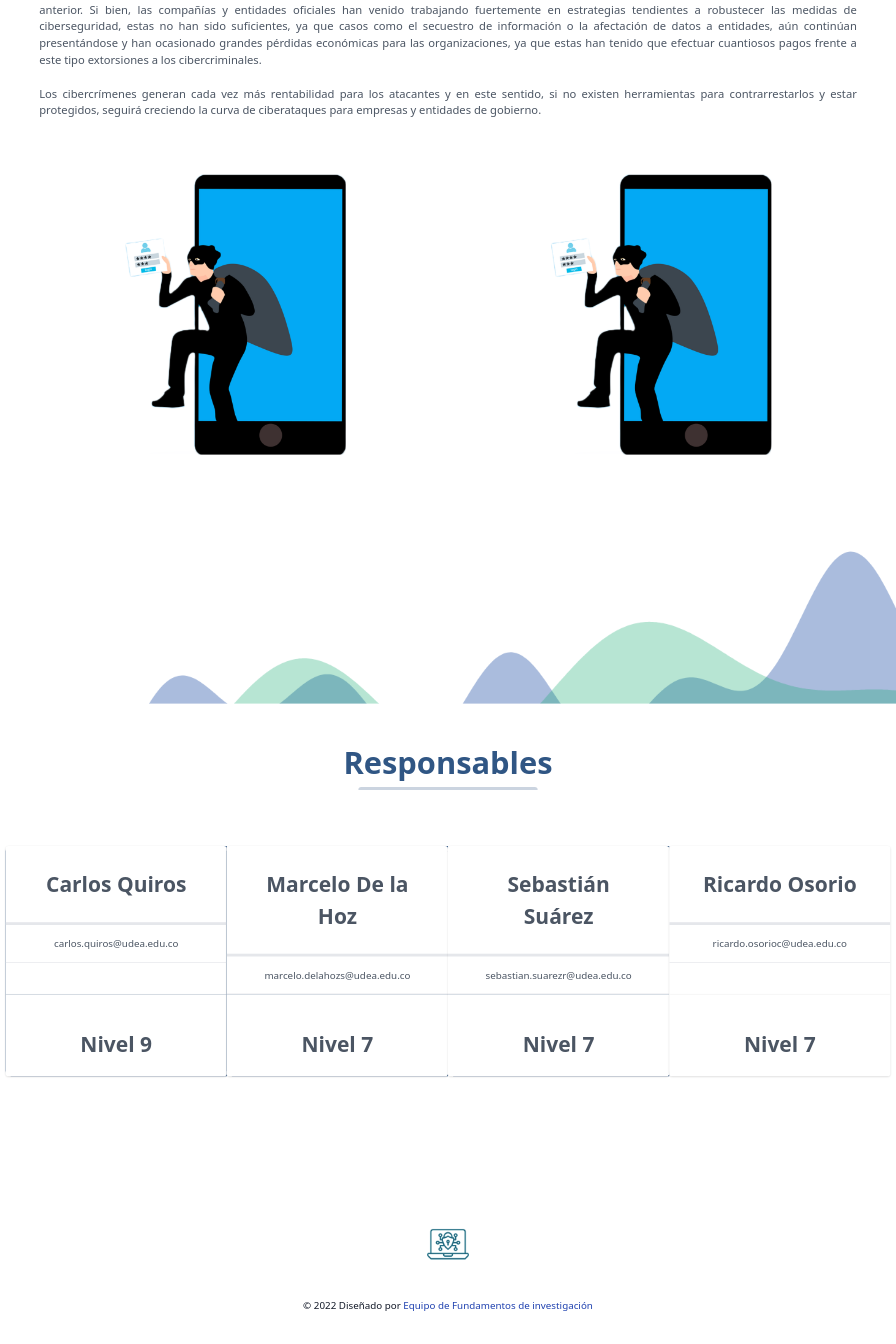
Repository: cardacar/fdi-2022
Page: /
The author's editor kept a copy of each file at every save. The page is drawn from the files as they stood at one save, then again after the next save.
The browser window is 1280 px wide. The pictures show the part of the page from y = 4158 to 6078 px (the page is 6078 px tall before and 6096 px after), at 70% of full size.
The project was rebuilt for these pictures with package versions that can differ from the ones it lists, and the page was loaded fresh each time. The framework's server and built-in components were replaced by stand-ins that run in the browser. Also part of the build but not shown: next.config.js.

Above is the page before, as saved 2022-08-07 16:43:05.

### src/pages/index.tsx
import React from "react";

import About from "../components/About";
import Canvas from "../components/Canvas";
import Features from "../components/Features";
import Header from "../components/Header";
import LazyShow from "../components/LazyShow";
import MainHero from "../components/MainHero";
import MainHeroImage from "../components/MainHeroImage";
import Pricing from "../components/Pricing";
import Product from "../components/Product";
import Necesidad from "../components/Necesidad";
import Problema from "../components/Problema";

const App = () => {
  return (
    <div className={`bg-background grid gap-y-16 overflow-hidden`}>
      <div className={`relative bg-background`}>
        <div className="max-w-7xl mx-auto">
          <div
            className={`relative z-10 pb-8 bg-background sm:pb-16 md:pb-20 lg:max-w-2xl lg:w-full lg:pb-28 xl:pb-32`}
          >
            <Header />
            <MainHero />
          </div>
        </div>
        <MainHeroImage />
      </div>
      <Canvas />
      <LazyShow>
        <>
          <Product />
          <Canvas />
        </>
      </LazyShow>
      <LazyShow>
        <>
          <Features />
        </>
      </LazyShow>
      <LazyShow>
        <>
          <Necesidad />
        </>
      </LazyShow>

      <LazyShow>
        <>
          <Problema />
        </>
      </LazyShow>
      <LazyShow>
        <>
          <Canvas />

          <Pricing />
        </>
      </LazyShow>
      <LazyShow>
        <>
          <About />
        </>
      </LazyShow>
    </div>
  );
};

export default App;

### src/styles/main.css
@tailwind base;
@tailwind components;
@tailwind utilities;


:root {
  --color-primary: #11626D;
  --color-secondary: #1F9BAD;
  --color-tertiaty: #99a0a3;
}

a {
  @apply text-blue-800;
}

a:hover {
  @apply border-b-2 border-blue-900;
}



.content p {
  @apply my-6;
}

.content ul {
  @apply my-6;
}

### src/utils/AppConfig.ts
export const AppConfig = {
  site_name: 'FDICIA',
  title: 'Cómo influye la Inteligencia Artificial a la ciberseguridad en las empresas Colombianas',
  description: '',
  locale: 'es',
};

### src/components/About.tsx
import React from 'react';

import config from '../config/index.json';

const About = () => {
  const { company } = config;
  const { logo, name: companyName } = company;


  return (
    <div
      id="about"
      className="mx-auto container xl:px-20 lg:px-12 sm:px-6 px-4 py-12"
    >
      <div className="flex flex-col items-center justify-center">
        <div>
          <img src={logo} alt={companyName} className="w-16 h-16" style={{color: 'red'}}/>
        </div>
        <div className="flex items-center mt-6">
          <p className="mt-6 text-xs lg:text-sm leading-none text-gray-900 dark:text-gray-50">
            &copy; {new Date().getFullYear()} Diseñado por{' '}
            <a href="#" rel="nofollow">
              Equipo de Fundamentos de investigación
            </a>
          </p>
        </div>
      </div>
    </div>
  );
};
export default About;

### src/components/Canvas.tsx
import { useRef, FC, useEffect, useState } from 'react';

import { CanvasContext } from '../hooks/useCanvas';
import useResponsiveSize from '../hooks/useResponsiveSize';
import Wave from './Wave';

const Canvas: FC = () => {
  const canvasRef = useRef<HTMLCanvasElement>(null);
  const { width } = useResponsiveSize();
  const [context, setContext] = useState<
    CanvasRenderingContext2D | undefined
  >();

  useEffect(() => {
    const ctx = canvasRef?.current?.getContext('2d');
    if (ctx) setContext(ctx);
  }, []);

  return (
    <>
      <CanvasContext.Provider value={{ context }}>
        <canvas id="canvas" ref={canvasRef} width={width} height={220}></canvas>
        <Wave />
      </CanvasContext.Provider>
    </>
  );
};

export default Canvas;

### src/components/Features.tsx
import React from 'react';

import config from '../config/index.json';

const Features = () => {
  const { features } = config;
  const { title, subtitle, description, items: featuresList } = features;
  return (
    <div className={`py-12 bg-background`} id="features">
      <div className="max-w-7xl mx-auto px-4 sm:px-6 lg:px-8">
        <div className="lg:text-center">
          <h2
            className={`text-base text-primary font-semibold tracking-wide uppercase`}
          >
            {title}
          </h2>
          <p className="mt-2 text-3xl leading-8 font-extrabold tracking-tight text-gray-900 sm:text-4xl">
            {subtitle}
          </p>
          <p className="mt-4 max-w-2xl text-xl text-gray-500 lg:mx-auto">
            {description}
          </p>
        </div>

        <div className="mt-10">
          <dl className="space-y-10 md:space-y-0 md:grid md:grid-cols-2 md:gap-x-8 md:gap-y-10">
            {featuresList.map((feature) => (
              <div key={feature.name} className="relative">
                <dt>
                  <div
                    className={`absolute flex items-center justify-center h-12 w-12 rounded-md bg-background text-tertiary border-primary border-4`}
                  >
                    <img
                      className={`inline-block h-6 w-6`}
                      src={feature.icon}
                      alt={feature.name}
                    />
                  </div>
                  <p className="ml-16 text-lg leading-6 font-medium text-gray-900">
                    {feature.name}
                  </p>
                </dt>
                <dd className="mt-2 ml-16 text-base text-gray-500">
                  {feature.description}
                </dd>
              </div>
            ))}
          </dl>
        </div>
      </div>
    </div>
  );
};

export default Features;

### src/components/Header.tsx
import React, { Fragment } from 'react';

import { Popover, Transition } from '@headlessui/react';
import { MenuIcon, XIcon } from '@heroicons/react/outline';
import { Link } from 'react-scroll';

import config from '../config/index.json';

const Menu = () => {
  const { navigation, company } = config;
  const { name: companyName, logo } = company;

  return (
    <>
      <svg
        className={`hidden lg:block absolute right-0 inset-y-0 h-full w-48 text-background transform translate-x-1/2`}
        fill="currentColor"
        viewBox="0 0 100 100"
        preserveAspectRatio="none"
        aria-hidden="true"
      >
        <polygon points="50,0 100,0 50,100 0,100" />
      </svg>

      <Popover>
        <div className="relative pt-6 px-4 sm:px-6 lg:px-8">
          <nav
            className="relative flex items-center justify-between sm:h-10 lg:justify-start"
            aria-label="Global"
          >
            <div className="flex items-center flex-grow flex-shrink-0 lg:flex-grow-0">
              <div className="flex items-center justify-between w-full md:w-auto">
                <a href="#">
                  <span className="sr-only">{companyName}</span>
                  <img alt="logo" className="h-16 w-auto sm:h-16" src={logo} />
                </a>
                <div className="-mr-2 flex items-center md:hidden">
                  <Popover.Button
                    className={`bg-background rounded-md p-2 inline-flex items-center justify-center text-gray-400 hover:text-gray-500 hover:bg-gray-100 focus:outline-none focus:ring-2 focus:ring-inset focus:ring-secondary`}
                  >
                    <span className="sr-only">Open main menu</span>
                    <MenuIcon className="h-6 w-6" aria-hidden="true" />
                  </Popover.Button>
                </div>
              </div>
            </div>
            <div className="hidden md:block md:ml-10 md:pr-4 md:space-x-8">
              {navigation.map((item) => (
                <Link
                  spy={true}
                  active="active"
                  smooth={true}
                  duration={1000}
                  key={item.name}
                  to={item.href}
                  className="font-medium text-gray-500 hover:text-gray-900"
                >
                  {item.name}
                </Link>
              ))}
            </div>
          </nav>
        </div>

        <Transition
          as={Fragment}
          enter="duration-150 ease-out"
          enterFrom="opacity-0 scale-95"
          enterTo="opacity-100 scale-100"
          leave="duration-100 ease-in"
          leaveFrom="opacity-100 scale-100"
          leaveTo="opacity-0 scale-95"
        >
          <Popover.Panel
            focus
            className="absolute z-10 top-0 inset-x-0 p-2 transition transform origin-top-right md:hidden"
          >
            <div
              className={`rounded-lg shadow-md bg-background ring-1 ring-black ring-opacity-5 overflow-hidden`}
            >
              <div className="px-5 pt-4 flex items-center justify-between">
                <div>
                  <img className="h-8 w-auto" src={logo} alt="" />
                </div>
                <div className="-mr-2">
                  <Popover.Button
                    className={`bg-background rounded-md p-2 inline-flex items-center justify-center text-gray-400 hover:text-gray-500 hover:bg-gray-100 focus:outline-none focus:ring-2 focus:ring-inset focus:ring-secondary`}
                  >
                    <span className="sr-only">Close main menu</span>
                    <XIcon className="h-6 w-6" aria-hidden="true" />
                  </Popover.Button>
                </div>
              </div>
              <div className="px-2 pt-2 pb-3 space-y-1">
                {navigation.map((item) => (
                  <Link
                    spy={true}
                    active="active"
                    smooth={true}
                    duration={1000}
                    key={item.name}
                    to={item.href}
                    className="block px-3 py-2 rounded-md text-base font-medium text-gray-700 hover:text-gray-900 hover:bg-gray-50"
                  >
                    {item.name}
                  </Link>
                ))}
              </div>

            </div>
          </Popover.Panel>
        </Transition>
      </Popover>
    </>
  );
};

export default Menu;

### src/components/LazyShow.tsx
import React, { MutableRefObject, useEffect, useRef, useState } from 'react';

import { motion, useAnimation } from 'framer-motion';

function useOnScreen(
  ref: MutableRefObject<HTMLDivElement | null>,
  rootMargin = '0px'
) {
  const [isIntersecting, setIntersecting] = useState(false);

  useEffect(() => {
    let currentRef: any = null;
    const observer = new IntersectionObserver(
      ([entry]) => {
        if (entry?.isIntersecting) setIntersecting(entry?.isIntersecting);
      },
      {
        rootMargin,
      }
    );
    if (ref && ref?.current) {
      currentRef = ref.current;
      observer.observe(currentRef);
    }
    return () => {
      observer.unobserve(currentRef);
    };
  }, [ref, rootMargin]); // Empty array ensures that effect is only run on mount and unmount

  return isIntersecting;
}

const LazyShow = ({ children }: { children: React.ReactChild }) => {
  const controls = useAnimation();
  const rootRef = useRef<HTMLDivElement>(null);
  const onScreen = useOnScreen(rootRef);
  useEffect(() => {
    if (onScreen) {
      controls.start({
        x: 0,
        opacity: 1,
        transition: {
          duration: 0.5,
          ease: 'easeOut',
        },
      });
    }
  }, [onScreen, controls]);
  return (
    <motion.div
      className="lazy-div"
      ref={rootRef}
      initial={{ opacity: 0, x: -50 }}
      animate={controls}
    >
      {children}
    </motion.div>
  );
};

export default LazyShow;

### src/components/MainHero.tsx
import React from 'react';

import config from '../config/index.json';

const MainHero = () => {
  const { mainHero } = config;
  return (
    <main className="mt-10 mx-auto max-w-7xl px-4 sm:mt-12 sm:px-6 md:mt-16 lg:mt-20 lg:px-8 xl:mt-28">
      <div className="sm:text-center lg:text-left">
        <h1 className="text-4xl tracking-tight font-extrabold text-gray-900 sm:text-5xl md:text-6xl">
          <span className="block xl:inline">{mainHero.title}</span>{' '}
          <span className={`block text-primary xl:inline`}>
            {mainHero.subtitle}
          </span>
        </h1>
        <p className="mt-3 text-base text-gray-500 sm:mt-5 sm:text-lg sm:max-w-xl sm:mx-auto md:mt-5 md:text-xl lg:mx-0">
          {mainHero.description}
        </p>
      </div>
    </main>
  );
};

export default MainHero;

### src/components/Product.tsx
import React from "react";

import config from "../config/index.json";
import Divider from "./Divider";

const Product = () => {
  const { product } = config;
  const [firstItem, secondItem] = product.items;

  return (
    <section className={`bg-background py-8`} id="product">
      <div className={`container max-w-5xl mx-auto m-8`}>
        <h1
          className={`w-full my-2 text-5xl font-bold leading-tight text-center text-primary`}
        >
          {product.title.split(" ").map((word, index) => (
            <span
              key={index}
              className={index % 2 ? "text-primary" : "text-border"}
            >
              {word}{" "}
            </span>
          ))}
        </h1>
        <Divider />
        <div className={`flex flex-wrap`}>
          <div className={`w-5/6 sm:w-1/2 p-6 mt-20`}>
            <h3
              className={`text-3xl text-gray-800 font-bold leading-none mb-3`}
            >
              {firstItem?.title}
            </h3>
            <p className={`text-gray-600`}>{firstItem?.description}</p>
          </div>
          <div className={`w-full sm:w-1/2 p-6`}>
            <img
              className="h-6/6"
              src={firstItem?.img}
              alt={firstItem?.title}
            />
          </div>
        </div>
        <div className={`flex flex-wrap flex-col-reverse sm:flex-row`}>
          <div className={`w-full sm:w-1/2 p-6`}>
            <img
              className="h-6/6"
              src={secondItem?.img}
              alt={secondItem?.title}
            />
          </div>
          <div className={`w-full sm:w-1/2 p-6 mt-20`}>
            <div className={`align-middle`}>
              <h3
                className={`text-3xl text-gray-800 font-bold leading-none mb-3`}
              >
                {secondItem?.title}
              </h3>
              <p className={`text-gray-600 mb-8`}>{secondItem?.description}</p>
            </div>
          </div>
          <div className={`w-full p-6 mt-20 text-center`}>
            <div className={`align-middle`}>
              <h3
                className={`text-3xl text-gray-800 font-bold leading-none mb-3`}
              >
              </h3>
              <p className={`text-gray-600 mb-8 text-justify`}>
                Con el incremento en la cantidad de información que se maneja en
                la red en especial a nivel empresarial, se ve la necesidad de
                gestionar y controlar la seguridad de toda esta, velando por la
                automatización de muchos de estos procesos, para asi no agobiar
                y mantener al personal concentrado en los casos mas importante.
                Aqui es donde entra la inteligencia artificial,siendo una
                herramienta que permite la constante actualización de su uso,
                permite asumir una gran cantidad de tareas a la hora de mantener
                la seguridad de la información.<br></br><br></br> En cuanto a generar las fallas
                de seguridad, las mismas características que hacen a las IA una
                de las mejores herramientas para proteger información, las
                vuelven a su vez las más óptimas para penetrar en los sistemas
                de seguridad, además de que estas tienen una ventaja, la cual es
                que tú como defensor no puedes fallar nunca, pero como atacante
                no importa cuantas veces falles, dado que con solo una victoria,
                es la derrota total para la seguridad del sistema. Al ser las IA
                capaz de evolucionar con cada intento, las que tendrían más
                capacidad de desarrollo a lo largo del tiempo será la del
                atacante.
              </p>
            </div>
          </div>
        </div>
      </div>
    </section>
  );
};

export default Product;

### src/components/Necesidad.tsx
import React from 'react';

import config from '../config/index.json';

const Necesidad = () => {
  const { Necesidad } = config;
  const { title, subtitle, description, items: featuresList } = Necesidad;
  return (
    <div className={`py-12 bg-background`} id="necesidad">
      <div className="max-w-7xl mx-auto px-4 sm:px-6 lg:px-8">
        <div className="lg:text-center">
          <h2
            className={`text-base text-primary font-semibold tracking-wide uppercase`}
          >
            {title}
          </h2>
          <p className="mt-2 text-3xl leading-8 font-extrabold tracking-tight text-gray-900 sm:text-4xl">
            {subtitle}
          </p>
          <p className="mt-4 max-w-2xl text-xl text-gray-500 lg:mx-auto">
            {description}
          </p>
        </div>

        <div className="mt-10">
          <dl className="space-y-10 md:space-y-0 md:grid md:grid-cols-2 md:gap-x-8 md:gap-y-10">
            {featuresList.map((feature) => (
              <div key={feature.name} className="relative">
                <dt>
                  <p className="ml-16 text-lg leading-6 font-medium text-gray-900">
                    {feature.name}
                  </p>
                </dt>
                <dd className="mt-2 ml-16 text-base text-gray-500">
                  {feature.description}
                </dd>
              </div>
            ))}
          </dl>
        </div>
      </div>
    </div>
  );
};

export default Necesidad;

### src/components/Problema.tsx
import React from "react";
import config from "../config/index.json";

const Problema = () => {
  return (
    <div className={`py-12 bg-background`} id="problema">
      <div className="max-w-7xl mx-auto px-4 sm:px-6 lg:px-8">
        <div className="lg:text-center">
          <p className="mt-2 text-3xl leading-8 font-extrabold tracking-tight text-gray-900 sm:text-4xl">
            Problema
          </p>
        </div>
        <div className={`w-full p-6 mt-20 text-center`}>
            <div className={`align-middle`}>
              <h3
                className={`text-3xl text-gray-800 font-bold leading-none mb-3`}
              >
              </h3>
              <p className={`text-gray-600 mb-8 text-justify`}>
              En el año 2021 se presentaron 41 billones de intentos de ataques
            cibernéticos en el mundo y siete billones en Colombia. De acuerdo
            con el último informe presentado por la Fiscalía General de la
            Nación, en Colombia en el año 2021 el número de ataques cibernéticos
            aumentó en un 30%, comparado con el año anterior. Si bien, las
            compañías y entidades oficiales han venido trabajando fuertemente en
            estrategias tendientes a robustecer las medidas de ciberseguridad,
            estas no han sido suficientes, ya que casos como el secuestro de
            información o la afectación de datos a entidades, aún continúan
            presentándose y han ocasionado grandes pérdidas económicas para las
            organizaciones, ya que estas han tenido que efectuar cuantiosos
            pagos frente a este tipo extorsiones a los cibercriminales.
            <br></br>
            <br></br>
            Los cibercrímenes generan cada vez más rentabilidad para los
            atacantes y en este sentido, si no existen herramientas para
            contrarrestarlos y estar protegidos, seguirá creciendo la curva de
            ciberataques para empresas y entidades de gobierno.
              </p>
            </div>
          </div>
          <div className={`flex flex-wrap`}>


          <div className={`w-full sm:w-1/2 p-6`}>
            <img
              className="h-6/6"
              src={`${config.product.items[0]?.img}`}
              alt="#"
            />
          </div>
          <div className={`w-full sm:w-1/2 p-6`}>
            <img
              className="h-6/6"
              src={`${config.product.items[0]?.img}`}
              alt="#"
            />
          </div>
        </div>
      </div>
    </div>
  );
};

export default Problema;

### src/components/Wave.tsx
import { FC } from 'react';

import { useCanvasContext } from '../hooks/useCanvas';
import useResponsiveSize from '../hooks/useResponsiveSize';
import WaveObj from '../utils/wave';

const Wave: FC = () => {
  const { context } = useCanvasContext();
  const { width } = useResponsiveSize();
  const height = 600;
  let frequency = 0.013;
  const waves = {
    frontWave: new WaveObj([0.0211, 0.028, 0.015], 'rgb(44, 89, 171, 0.4)'),
    backWave: new WaveObj([0.0122, 0.018, 0.005], 'rgb(17, 169, 111, 0.3)'),
  };

  const render = () => {
    context?.clearRect(0, 0, width, height);
    Object.entries(waves).forEach(([, wave]) => {
      wave.draw(context!, width, height, frequency);
    });
    frequency += 0.013;
    requestAnimationFrame(render);
  };
  if (context) render();
  return null;
};

export default Wave;

Loaded but not shown: src/pages/_app.tsx (common file); src/pages/_document.tsx (common file); src/components/MainHeroImage.tsx (common file); src/hooks/useCanvas.ts (common file); src/hooks/useResponsiveSize.ts (common file); src/components/Divider.tsx (common file); src/utils/wave.ts (common file); src/config/index.json (134 lines, source omitted); tailwind.config.js (46 lines, source omitted); src/components/Pricing.tsx (156 lines, source omitted)

After the next save:
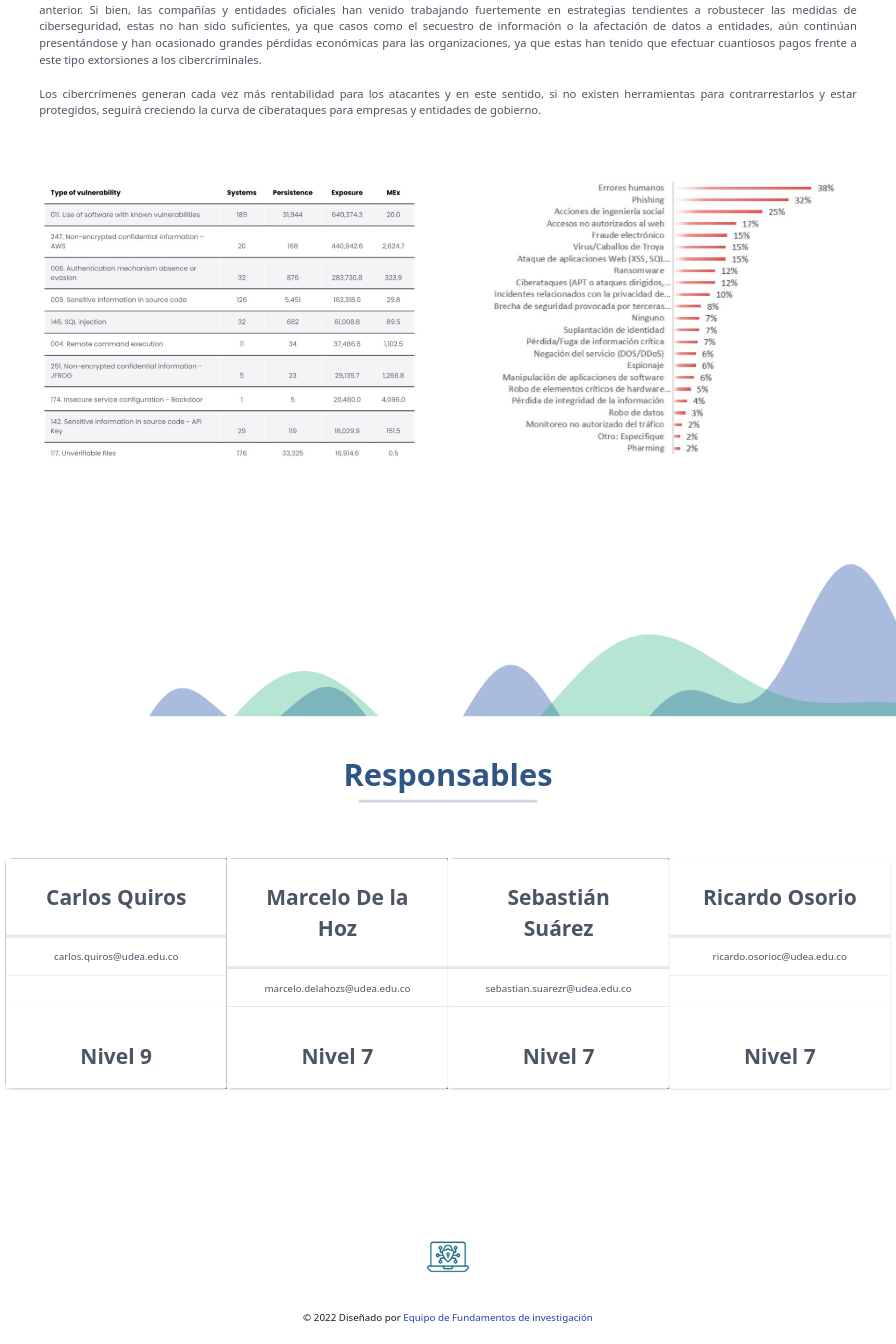
Saved 37 s later.
--- a/src/components/Problema.tsx
+++ b/src/components/Problema.tsx
@@ -44,14 +44,14 @@ const Problema = () => {
           <div className={`w-full sm:w-1/2 p-6`}>
             <img
               className="h-6/6"
-              src={`${config.product.items[0]?.img}`}
+              src={`${config.metrics[0]?.url}`}
               alt="#"
             />
           </div>
           <div className={`w-full sm:w-1/2 p-6`}>
             <img
               className="h-6/6"
-              src={`${config.product.items[0]?.img}`}
+              src={`${config.metrics[1]?.url}`}
               alt="#"
             />
           </div>
